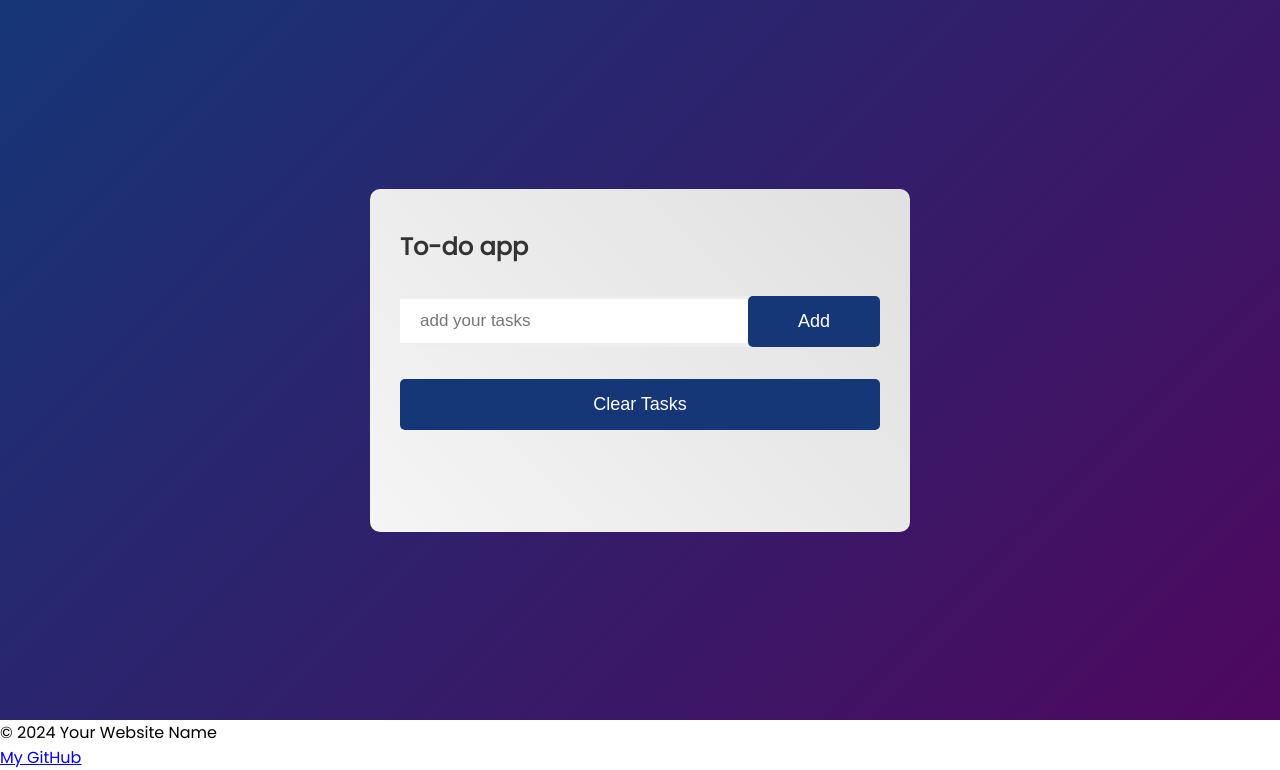
Repository: samoshi/To-do
Page: http://localhost/
These files come from the project's save history. The page is drawn as it stood at one moment and after the next save; the edit follows.
The browser window is 1280 px wide. The pictures show the whole page.
The page is served by the project's application, run on Flask 3 (app/app.py). Queries for data that is not in the repository find no rows.

Above is the page before, as saved 2024-01-14 22:26:39.

### app/templates/index.html
<!DOCTYPE html>
<html lang="en">

<head>
    <meta charset="UTF-8">
    <meta name="viewport" content="width=device-width, initial-scale=1.0">
    <title>To-Do list</title>
    <link rel="stylesheet" href="{{ url_for('static', filename='style.css') }}" />
    <script src="https://code.jquery.com/jquery-3.6.4.min.js"></script>
    <script src="{{ url_for('static', filename='script.js') }}"></script>
</head>

<body>
    <div class="container">
        <div class="todo-app">
            <div class="app-title">
                <h2>To-do app</h2>
                <i class="fa-solid fa-book-bookmark"></i>
            </div>
            <form action="/add_task" method="post">
                <div class="row">
                    <input type="text" name="title" id="input-box" placeholder="add your tasks" required>
                    <button class="add_button">Add</button>
                </div>
            </form>
            <button class="clear_button" onclick="clearTasks()">Clear Tasks</button>
            <ul id="list-container">
                {% for task in task_list %}
                    {% if task.complete == False %}
                            <li class="incomplete" onclick="toggleChecked(this)">
                                <a class="toggle" href="/complete/{{ task.id }}">{{ task.title }}</a>
                                <a class="remove" href="/remove/{{ task.id }}">X</a>
                            </li>
                    {% else %}
                            <li class="complete" onclick="toggleChecked(this)">
                                <a class="toggle" href="/complete/{{ task.id }}">{{ task.title }}</a>
                                <a class="remove" href="/remove/{{ task.id }}">X</a>
                            </li>
                        <!-- <a class="remove-task" href="/remove/{{ task.id }}">X</a> -->
                    {% endif %}
                {% endfor %}
            </ul>
        </div>
    </div>
    <div class="footer">
        &copy; 2024 Your Website Name
    </div>
    <a href="https://github.com/YourGitHubUsername" class="github-link" target="_blank">
        My GitHub
    </a>
</body>

</html>

### app/app.py
from flask import Flask, render_template, request, redirect, url_for, jsonify
from flask_sqlalchemy import SQLAlchemy

app = Flask(__name__)

app.config['SQLALCHEMY_DATABASE_URI'] = 'sqlite:///db.sqlite'
app.config['SQLALCHEMY_TRACK_MODIFICATIONS'] = False
db = SQLAlchemy(app)

class Task(db.Model):
    id = db.Column(db.Integer, primary_key=True)
    title = db.Column(db.String(100))
    complete = db.Column(db.Boolean)

# def save_tasks():
#     with open("tasks.json", "w") as file:
#         json.dump(tasks, file)


# # Load tasks from a file
# def load_tasks():
#     try:
#         with open("tasks.json", "r") as file:
#             lines = file.readlines()
#             tasks = []
#             for line in lines:
#                 parts = line.split(":")
#                 if len(parts) == 2:
#                     description, completed_str = parts
#                     completed = eval(completed_str)
#                     tasks.append({"description": description, "completed": completed})
#             return tasks
#     except FileNotFoundError:
#         return []  # Return an empty list if the file doesn't exist
#     except json.decoder.JSONDecodeError:
#         return []  # Return an empty list if there's an issue decoding JSON

# # Initialize tasks
# tasks = load_tasks()

@app.route('/')
def index():
    task_list = Task.query.all()
    return render_template('index.html', task_list=task_list)

@app.route('/add_task', methods=['POST'])
def add_task():
    title = request.form.get("title")
    new_task = Task(title=title, complete=False)
    db.session.add(new_task)
    db.session.commit()
    return redirect(url_for("index"))

@app.route("/update/<int:task_id>")
def update_task(task_id):
    task = Task.query.filter_by(id=task_id).first()
    task.complete = not task.complete
    db.session.commit()
    return redirect(url_for("index"))

@app.route('/complete/<int:task_id>')
def complete_task(task_id):
    task = Task.query.filter_by(id=task_id).first()
    if task:
        task.complete = not task.complete
        db.session.commit()
    return redirect(url_for('index'))

@app.route('/remove/<int:task_id>')
def remove_task(task_id):
    print("Remove task ()")
    task = Task.query.filter_by(id=task_id).first()
    print("Getting task", task_id)
    db.session.delete(task)
    print("deleted task")
    db.session.commit()
    return redirect(url_for('index'))

@app.route('/clear_tasks')
def clear_tasks():
    db.session.query(Task).delete()
    db.session.commit()
    return redirect(url_for('index'))


if __name__ == '__main__':
    db.create_all()
    app.run(host='0.0.0.0', port=5000, debug=True)

### app/static/style.css
@import url('https://fonts.googleapis.com/css2?family=Poppins&display=swap');


*, *:before, *:after{
    margin: 0;
    padding: 0;
    box-sizing: border-box;
}
body{
    font-family: 'Poppins', sans-serif;
}
.container{
    width: 100%;
    min-height: 100vh;
    background: linear-gradient(135deg, #153677, #4e085f);
    padding: 10px;
    display: flex;
    justify-content: center;
    align-items: center;
}
.todo-app{
    width: 100%;
    max-width: 540px;
    background: linear-gradient(45deg, #f5f5f5, #e0e0e0);
    padding: 40px 30px 70px;
    border-radius: 10px;
    display: flex;
    flex-direction: column;
    align-items: left;
    gap: 2rem;
}
.app-title{
    display: flex;
    gap: 1rem;
    align-items: center;
}
.app-title h2, .app-title i{
    color: #333333;
}
.app-title i{
    font-size: 26px;
}

.row{
    display: flex;
    align-items: center;
    justify-content: space-between;
    background-color: #edeef0;
    border-radius: 30px;
}
input{
    width: 100%;
    border: none;
    outline: none;
    background-color: 153677;
    color: #000000;
    padding: 12px;
    font-size: 17px;
    padding-left: 20px;
}

button:hover {
    cursor: pointer;
    filter: brightness(.8);
    background-color: #0e2a4b; /* Darker blue for input and button on hover */
}

input:hover {
    filter: brightness(.8);
    background-color: #ffffffa4; /* Darker blue for input and button on hover */
}

button.clear_button, button.add_button{
    border: none;
    cursor: pointer;
    outline: none;
    padding: 15px 50px;
    border-radius: 5px;
    background-color: #153677;
    color: #ffffff;
    font-size: 18px;
    transition: all .5s ;
}

@media screen and (max-width: 400px) {
    button {
        padding: 15px;
        border-radius: 0 30px 30px 0;
    }
}

li {
    font-size: 17px;
    margin-top: 5px;
    position: relative;
    transition: background-color 0.2s ease;
    border-radius: 10px;
    list-style-type: none;
    outline: 2px solid #7289da;
}

li a.toggle {
    display: block;
    font-size: 17px;
    padding: 12px 8px 12px 50px;
    text-decoration: none;
    color: #353535;
    transition: color 0.2s ease;
}

li.incomplete {
    background-color: #ffdddd; /* Red background for incomplete */
}

li.complete {
    background-color: #c2f0c2; /* Green background for complete */
}

/* li a:hover {

    background-color: #27ae60;
    color: #fff;
} */

li.incomplete a.toggle:hover {

    background-color: #ffaaaa;
    color: #000000;
}

li.complete a.toggle:hover {
    /* Optional: Add styles for hover effect */
    background-color: #a8e6a8; /* Lighter green hover effect for complete */
    color: #000000; /* Black text on hover for better contrast */
}

ul li::before {
    position: absolute;
    content: '';
    width: 24px;
    height: 24px;
    font-size: 18px;
    border-radius: 50%;
    left: 0;
    top: 50%;
    transform: translateY(-50%);
    line-height: 24px;
    text-align: center;
    transition: background-color 0.2s ease;
    pointer-events: none;
}

ul li.incomplete::before {
    content: 'X';
    color: #ff5945;
}

ul li.complete::before {
    content: '\2713';
    color: #07700e;
}


a.remove {
    position: absolute;
    top: 50%;
    right: 10px; /* Adjust the right distance as needed */
    transform: translateY(-50%);
    width: 24px; /* Adjust the width and height as needed */
    height: 24px;
    border-radius: 50%;
    text-align: center; /* Center the "X" within the circle */
    line-height: 24px; /* Center the "X" vertically */
    color: #555;
    font-size: 18px;
    transition: all 0.2s ease;
    text-decoration: none;
}

a.remove:hover {
    background-color: #c9c9c9;
    color: #fff;
}

### app/static/script.js
// // ...

// document.addEventListener("DOMContentLoaded", function () {
//     const inputBox = document.getElementById("input-box");
//     const button = document.querySelector("button");
//     const list = document.getElementById("list-container");

//     list.addEventListener("click", (e) => {
//         if (e.target.tagName === "LI") {
//             e.target.classList.toggle("checked");
//             saveData();
//         } else if (e.target.tagName === "SPAN") {
//             e.target.parentElement.remove();
//             saveData();
//         }
//     });

//     button.addEventListener("click", function () {
//         if (inputBox.value.trim() !== '') {
//             addTask(inputBox.value);
//         } else {
//             alert("Please enter a non-empty task.");
//         }
//     });

//     function addTask(description) {
//         // Make an AJAX request to the Flask server's /add_task route
//         fetch("/add_task", {
//             method: "POST",
//             headers: {
//                 "Content-Type": "application/json",
//             },
//             body: JSON.stringify({ description: description }),
//         })
//             .then(response => response.json())
//             .then(data => console.log(data))
//             .catch(error => console.error("Error:", error));
//     }

//     function showTask() {
//         // Fetch tasks from the Flask server's /tasks route
//         fetch("/tasks")
//             .then(response => response.json())
//             .then(tasks => {
//                 list.innerHTML = ""; // Clear the visible list
//                 tasks.forEach(task => {
//                     let li = document.createElement("li");
//                     li.innerHTML = task.description;
//                     if (task.completed) {
//                         li.classList.add("checked");
//                     }
//                     list.appendChild(li);
//                     let span = document.createElement("span");
//                     span.innerHTML = "x";
//                     li.appendChild(span);
//                 });
//             })
//             .catch(error => console.error("Error:", error));
//     }

//     window.addEventListener("load", showTask);

//     // Clear Tasks function
//     window.clearTasks = function () {
//         localStorage.removeItem("data");
//         list.innerHTML = ""; // Clear the tasks from the visible list
//     };
// });

After the next save:
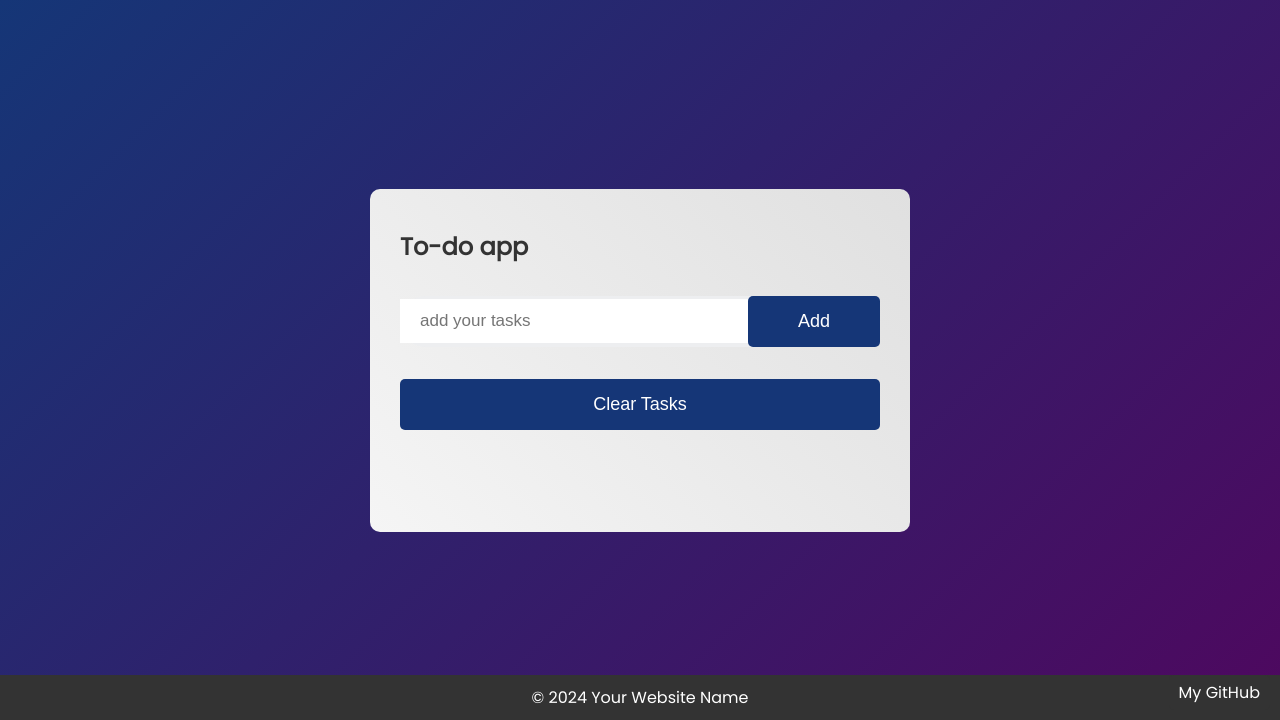
Saved 21 s later.
--- a/app/static/style.css
+++ b/app/static/style.css
@@ -181,3 +181,30 @@ a.remove:hover {
     background-color: #c9c9c9;
     color: #fff;
 }
+
+
+.footer {
+    background-color: #333;
+    color: #fff;
+    text-align: center;
+    padding: 10px;
+    position: fixed;
+    bottom: 0;
+    width: 100%;
+}
+
+.github-link {
+    position: fixed;
+    bottom: 10px;
+    right: 10px;
+    background-color: #333;
+    color: #fff;
+    padding: 5px 10px;
+    border-radius: 5px;
+    text-decoration: none;
+    transition: background-color 0.3s ease;
+}
+
+.github-link:hover {
+    background-color: #555;
+}
